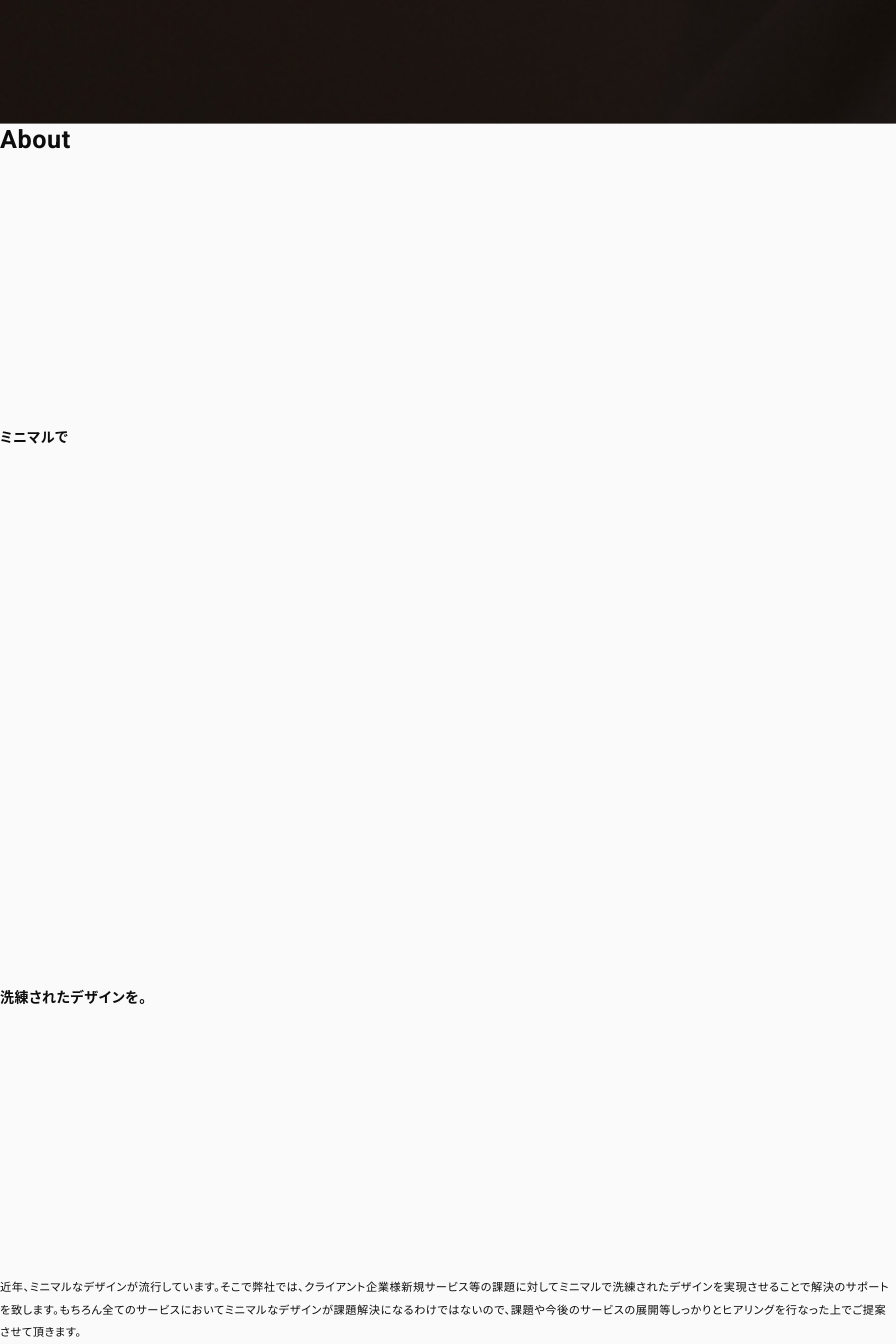
Repository: hatarakimono-kumasan/kurisuta_1st
Page: index.html
The author's editor kept a copy of each file at every save. The page is drawn from the files as they stood at one save, then again after the next save.
The browser window is 1280 px wide. The pictures show the part of the page from y = 1911 to 3831 px (the page is 3831 px tall before and 2391 px after), at 70% of full size.
Some web libraries are served in a nearby version. The style sheet was rebuilt from its Sass, Less or Tailwind sources for each picture, by a compiler version that may differ from the author's.

Above is the page before, as saved 2020-05-15 07:10:55.

### index.html
<!DOCTYPE html>
<html lang="en">
	<head>
		<meta charset="UTF-8" />
		<meta name="viewport" content="width=device-width, initial-scale=1.0" />
		<meta http-equiv="X-UA-Compatible" content="ie=edge" />
		<title>Cresta.design</title>
		<meta name="keywords" content="カンマ区切りで10個以内推奨" />
		<meta name="description" content="120文字以内" />
		<meta property="og:title" content="このページのタイトル" />
		<meta property="og:type" content="TOPページはwebsite、子ページはarticle" />
		<meta property="og:url" content="このページのURL" />
		<meta property="og:image" content="1200×630以上推奨、絶対パスで指定" />
		<meta property="og:site_name" content="サイト名" />
		<meta property="og:description" content="80〜90文字推奨" />
		<meta name="twitter:card" content="summary or summary_large_image" />
		<meta name="twitter:site" content="@ユーザー名" />
		<meta name="format-detection" content="telephone=no" />
		<!-- <link rel="shortcut icon" sizes="16x16" href="ファビコン" />
		<link rel="apple-touch-icon" sizes="192x192" href="タッチアイコン" />
		<link rel="shortcut icon" sizes="192x192" href="タッチアイコン" /> -->
		<meta name="last-modified" content="Sun, 29 Dec 2019 20:30:30 GMT" />
		<link
			href="https://use.fontawesome.com/releases/v5.6.1/css/all.css"
			rel="stylesheet"
		/>
		<link rel="stylesheet" href="style.css" />
		<script
			src="https://code.jquery.com/jquery-3.4.1.min.js"
			integrity="sha256-CSXorXvZcTkaix6Yvo6HppcZGetbYMGWSFlBw8HfCJo="
			crossorigin="anonymous"
		></script>
	</head>
	<body>
		<!-- header -->
		<header class="header">
			<h1 class="site-title"><a href="./">クリ★スタ</a></h1>
			<div class="nav-wrapper">
				<nav class="header-nav">
					<ul class="nav-list">
						<li class="nav-item"><a href="#about">About</a></li>
						<li class="nav-item"><a href="#service">Service</a></li>
						<li class="nav-item"><a href="#news">News</a></li>
						<li class="nav-item"><a href="#contact">Contact</a></li>
					</ul>
				</nav>
			</div>
			<button class="burger-btn">
				<span class="bars">
					<span class="bar bar_top"></span>
					<span class="bar bar_mid"></span>
					<span class="bar bar_bottom"></span>
				</span>
			</button>
		</header>
		<!-- //header -->

		<!--first view-->
		<div class="first_view">
			<img src="img/fv-bgi_sp@2x.jpg" alt="サイトイメージ" />
			<p>Cresta Design.</p>
		</div>
		<!--//first view-->

		<main>
			<section class="about" id="about">
				<h2>About</h2>
				<h3>
					ミニマルで<br />
					洗練されたデザインを。
				</h3>
				<p>
					近年、ミニマルなデザインが流行しています。そこで弊社では、クライアント企業様新規サービス等の課題に対してミニマルで洗練されたデザインを実現させることで解決のサポートを致します。もちろん全てのサービスにおいてミニマルなデザインが課題解決になるわけではないので、課題や今後のサービスの展開等しっかりとヒアリングを行なった上でご提案させて頂きます。
				</p>
			</section>
		</main>
		<script src="drawer.js"></script>
	</body>
</html>

### drawer.js
$(".burger-btn").on("click", function () {
	//.btn_triggerをクリックすると
	$(".burger-btn").toggleClass("close"); //.btn_triggerにcloseクラスを付与(ボタンのアニメーション)
	$(".nav-wrapper").fadeToggle(500); //.nav-wrapperが0.5秒でフェードイン(メニューのフェードイン)
	$("body").toggleClass("noscroll"); //bodyにnoscrollクラスを付与(スクロールを固定)
});

if ($(window).width() < 768) {
	//デバイスの幅が768以下のとき
	$(".nav-item>a").on("click", function () {
		//.nav-item>aをクリックすると
		$(".nav-wrapper").fadeOut(500); //.nav-wrapperが0.5秒でフェードアウト(メニューのフェードアウト)
		$(".burger-btn").removeClass("close"); //.btn_triggerのcloseクラスを削除
		$("body").removeClass("noscroll"); //bodyのnoscrollクラスを削除
	});
}

### style.scss
/* ======================================
Foundation
====================================== */

@import "scss/foundation/reset";
@import "scss/foundation/mixin";
@import "scss/foundation/settings";
@import "scss/foundation/base";

/* ======================================
Layout
====================================== */

@import "scss/layout/header";
// @import 'layout/nav';
@import "scss/layout/main";
// @import 'layout/footer';

/* ======================================
Object
====================================== */

/**
Component
----------------------------------- */

// @import 'object/component/';

/**
Project
----------------------------------- */

// @import 'object/project/';

/**
Utility
----------------------------------- */
// @import 'object/utility/';

### scss/foundation/_reset.scss
html,
body,
div,
span,
object,
iframe,
h1,
h2,
h3,
h4,
h5,
h6,
p,
blockquote,
pre,
abbr,
address,
cite,
code,
del,
dfn,
em,
img,
ins,
kbd,
q,
samp,
small,
strong,
sub,
sup,
var,
b,
i,
dl,
dt,
dd,
ol,
ul,
li,
fieldset,
form,
label,
legend,
table,
caption,
tbody,
tfoot,
thead,
tr,
th,
td,
article,
aside,
canvas,
details,
figcaption,
figure,
footer,
header,
hgroup,
menu,
nav,
section,
summary,
time,
mark,
audio,
video {
	margin: 0;
	padding: 0;
	border: 0;
	outline: 0;
	font-size: 100%;
	vertical-align: baseline;
	background: transparent;
}
body {
	line-height: 1;
}
article,
aside,
details,
figcaption,
figure,
footer,
header,
hgroup,
menu,
nav,
section,
main {
	display: block;
}
ol,
ul {
	list-style: none;
}
blockquote,
q {
	quotes: none;
}
blockquote:before,
blockquote:after,
q:before,
q:after {
	content: "";
	content: none;
}
a {
	margin: 0;
	padding: 0;
	font-size: 100%;
	vertical-align: baseline;
	background: transparent;
}
ins {
	background-color: #ff9;
	color: #333;
	text-decoration: none;
}
mark {
	background-color: #ff9;
	color: #333;
	font-style: italic;
	font-weight: bold;
}
del {
	text-decoration: line-through;
}
abbr[title],
dfn[title] {
	border-bottom: 1px dotted;
	cursor: help;
}
table {
	border-collapse: collapse;
	border-spacing: 0;
}
hr {
	display: block;
	height: 1px;
	border: 0;
	border-top: 1px solid #cccccc;
	margin: 1em 0;
	padding: 0;
}
input,
select {
	vertical-align: middle;
}

### scss/foundation/_mixin.scss
// --------------------------------------------------------
//  mixin (mobile to pc)
// --------------------------------------------------------

$tab: 768px;
$lap: 1024px;
$pc: 1200px;

@mixin tab {
	@media screen and (min-width: ($tab)) {
		@content;
	}
}

@mixin lap {
	@media screen and (min-width: ($lap)) {
		@content;
	}
}

@mixin pc {
	@media screen and (min-width: ($pc)) {
		@content;
	}
}

### scss/foundation/_settings.scss
/*
font
------------------------------------------*/
@import url("https://fonts.googleapis.com/css2?family=Roboto:wght@400;700&display=swap");
body {
	font-family: Roboto, "Noto Sans JP", 游ゴシック, "Yu Gothic", 游ゴシック体,
		YuGothic, "ヒラギノ角ゴ Pro W3", "Hiragino Kaku Gothic Pro", "Meiryo UI",
		メイリオ, Meiryo, sans-serif;
	font-size: medium;
	letter-spacing: 0.05em;
	word-break: break-all;
}
h1,
h2,
h3,
h4,
h5,
strong {
	font-weight: bold;
}

/*フォントサイズ
https://websemantics.uk/tools/responsive-font-calculator/
-------------------------------------------------*/
html {
	font-size: 62.5%;
}
body {
	font-size: 1.6rem; /* 16px*/
	line-height: 2;
}
h1 {
	font-size: 26px; /* IE8以下とAndroid4.3以下用フォールバック */
	font-size: 2.6rem;
	line-height: 1.3;
	font-family: Roboto;
}
h2 {
	font-size: 36px; /* IE8以下とAndroid4.3以下用フォールバック */
	font-size: 3.6rem;
	line-height: 1.3;
	font-family: Roboto;
}
h3 {
	font-size: 20px; /* IE8以下とAndroid4.3以下用フォールバック */
	font-size: 2rem;
	line-height: 40;
	font-family: "Noto Sans CJK JP";
}

### scss/foundation/_base.scss
/*
Base
---------------------------------------------- */
html {
	box-sizing: border-box;
	height: 100%;
}
*,
*:before,
*:after {
	box-sizing: inherit;
}
body {
	height: 100%;
	font-feature-settings: "palt";
	color: #0d0d0d;
	background-color: #fafafa;
}
img {
	max-width: 100%;
	height: auto;
	vertical-align: bottom;
}
a {
	color: inherit;
}
input,
textarea {
	font-family: inherit;
	font-size: 100%;
}

### scss/layout/_header.scss
// body {
// 	color: #141414;
// 	font-size: 1.4rem;
// 	line-height: 1.8;
// 	letter-spacing: 0.05em;

// 	font-family: "Roboto", sans-serif, "Noto Sans JP", sans-serif;
// }
.noscroll {
	overflow: hidden;
}
/* img {
	width: 100%;
	vertical-align: bottom;
} */
a {
	text-decoration: none;
	color: #fff;
}
// .section-title {
// 	font-size: 3.6rem;
// 	font-weight: bold;
// 	text-align: center;
// 	letter-spacing: 0.05em;
// 	margin-bottom: 70px;
// }
// h3 {
// 	font-size: 2.4rem;
// 	font-weight: bold;
// 	line-height: 2;
// 	letter-spacing: 0.1em;
// 	margin-bottom: 40px;
// }
// .section-wrapper {
// 	padding: 100px 10% 50px;
// }

/* ------------------ */
/* header */
/* ------------------ */
.header {
	background-color: #1b1310;
	color: #fff;
	height: 74px;
	display: flex;
	justify-content: space-between;
	align-items: center;
	padding: 0 120px;
	border-bottom: 1px solid #fff;
}
.nav-list {
	/* navの横並び */
	display: flex;
}
.nav-item {
	/* メニューの右側に余白 */
	margin-right: 55px;
}
.burger-btn {
	display: none;
}

@media screen and (max-width: 768px) {
	/* ----------------------- */
	/* base_sp
/* ----------------------- */

	// h3 {
	// 	font-size: 2rem;
	// 	margin-bottom: 30px;
	// }
	// .section-wrapper {
	// 	padding: 100px 5% 50px;
	// }
	/* ------------------ */
	/* humberger-menu */
	/* ------------------ */
	.header {
		padding: 0 5%;
	}
	.burger-btn {
		display: block;
		width: 39px;
		height: 39px;
		position: relative;
		z-index: 3;
		/*   codepenの挙動のため */
		background-color: transparent;
		border: none;
	}
	.bar {
		width: 20px;
		height: 1px;
		display: block;
		position: absolute;
		left: 50%;
		transform: translateX(-50%);
		background-color: #fff;
	}
	.bar_top {
		top: 10px;
	}
	.bar_mid {
		top: 50%;
		transform: translate(-50%, -50%);
	}
	.bar_bottom {
		bottom: 10px;
	}
	.burger-btn.close .bar_top {
		transform: translate(-50%, 10px) rotate(45deg);
		transition: transform 0.3s;
	}
	.burger-btn.close .bar_mid {
		opacity: 0;
		transition: opacity 0.3s;
	}
	.burger-btn.close .bar_bottom {
		transform: translate(-50%, -8px) rotate(-45deg);
		transition: transform 0.3s;
	}
	.nav-wrapper {
		display: none;
		width: 100vw;
		height: 100vh;
		position: fixed;
		top: 0;
		left: 0;
		z-index: 2; /*キービジュアルと.btn_triggerとの重なりの前後関係を調整*/
	}
	.header-nav {
		width: 100%;
		height: 100%;
		background-color: #1b1310;
		z-index: 2;
	}
	.header-nav .nav-list {
		display: block;
		position: absolute;
		top: 50%;
		left: 50%;
		transform: translate(-50%, -50%);
		text-align: center;
	}
	.header-nav .nav-item {
		margin-right: 0;
		margin-bottom: 40px;
	}
}

### scss/layout/_main.scss
/*=======================================
first view
=========================================*/
.first_view {
	width: 100%;
	position: relative;

	img {
		min-width: 100%;
	}
	p {
		width: 300px;
		height: 100px;
		border: #fff 2px solid;
		color: #fff;
		position: absolute;
		transform: translateY(-50%);
		font-size: 3rem;
		top: 50%;
		left: 50%;
		text-align: center;
		transform: translate(-50%, -50%);
		line-height: 100px;
	}
}

/*=============================================
about
===============================================*/

After the next save:
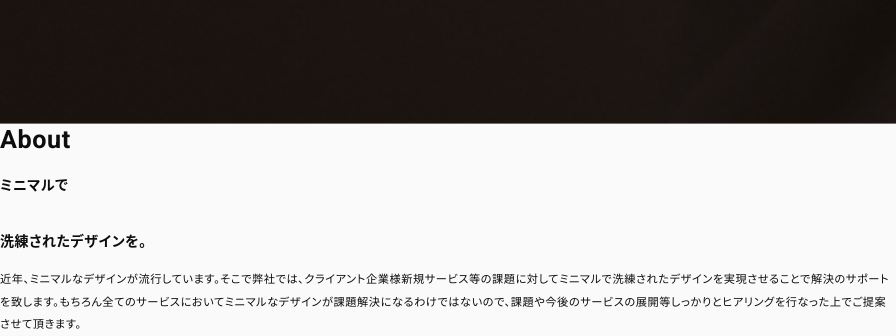
Saved 49 s later.
--- a/scss/foundation/_settings.scss
+++ b/scss/foundation/_settings.scss
@@ -44,6 +44,6 @@ h2 {
 h3 {
 	font-size: 20px; /* IE8以下とAndroid4.3以下用フォールバック */
 	font-size: 2rem;
-	line-height: 40;
+	line-height: 4;
 	font-family: "Noto Sans CJK JP";
 }
